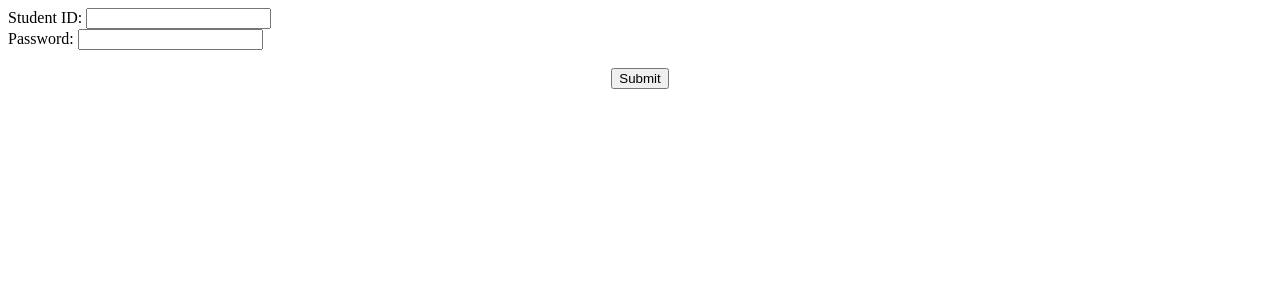
Repository: weshayutin/java258Online
Page: workspace/Week1Assignment/WebContent/week1.html
The author's editor kept a copy of each file at every save. The page is drawn from the files as they stood at one save, then again after the next save.
The browser window is 1280 px wide. The pictures show the whole page.

Above is the page before, as saved 2011-01-23 17:42:34.

### workspace/Week1Assignment/WebContent/week1.html
<!DOCTYPE html PUBLIC "-//W3C//DTD HTML 4.01 Transitional//EN" "http://www.w3.org/TR/html4/loose.dtd">
<html>
<head>
<meta http-equiv="Content-Type" content="text/html; charset=UTF-8">
<title>Waketech Schedule Request</title>
</head>
<body>

<form action="schedule">
	Student ID: <input type="text" name="name"/><br>
	Password: <input type="password" name="password"/><br/><br/>

	<center>
	 	<input type="submit"/>
	</center>
</form>


</body>
</html>

After the next save:
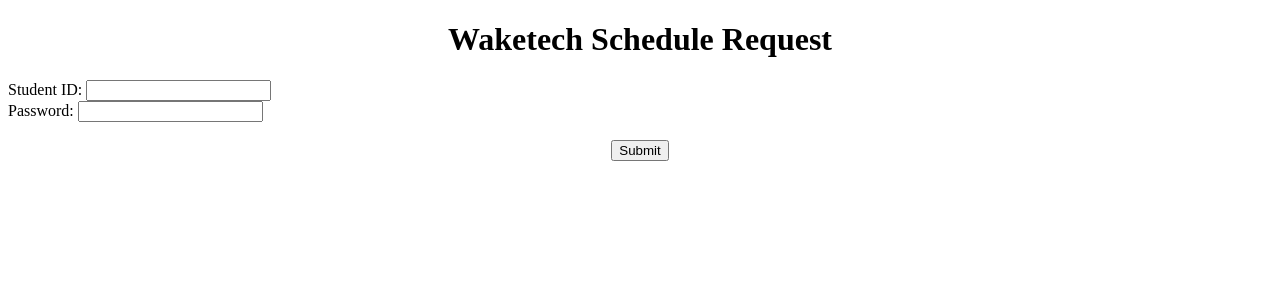
Saved 99 s later.
--- a/workspace/Week1Assignment/WebContent/week1.html
+++ b/workspace/Week1Assignment/WebContent/week1.html
@@ -5,6 +5,7 @@
 <title>Waketech Schedule Request</title>
 </head>
 <body>
+<h1 align="center"> Waketech Schedule Request</h1>
 
 <form action="schedule">
 	Student ID: <input type="text" name="name"/><br>
